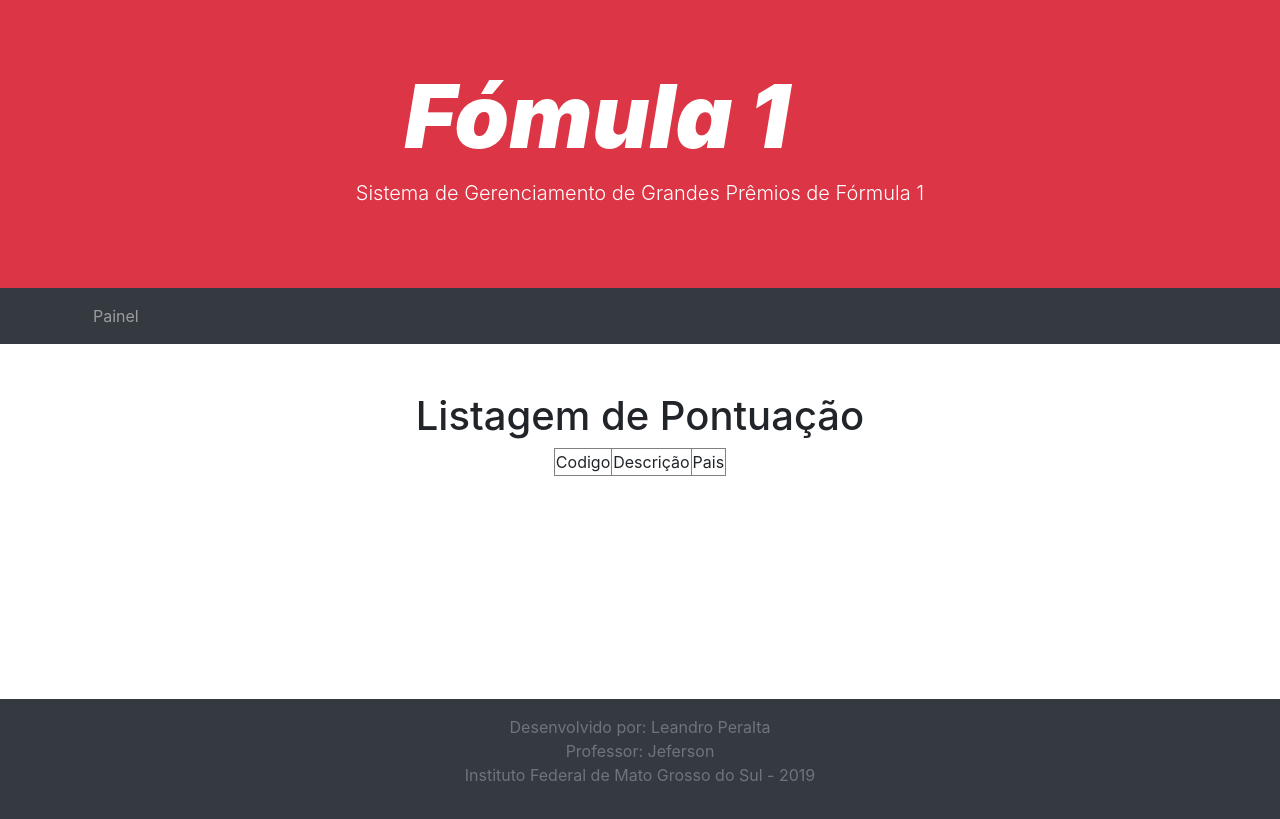
Repository: lperalta13/Formula1_Java
Page: http://localhost/formula1/listaGps.jsp
These files come from the project's save history. The page is drawn as it stood at one moment and after the next save; the edit follows.
The browser window is 1280 px wide. The pictures show the whole page.
The page is served by Tomcat 9. The template is opened directly, without the code that normally fills it, so the values that code supplies are empty.

Above is the page before, as saved 2019-12-11 21:48:30.

After the next save:
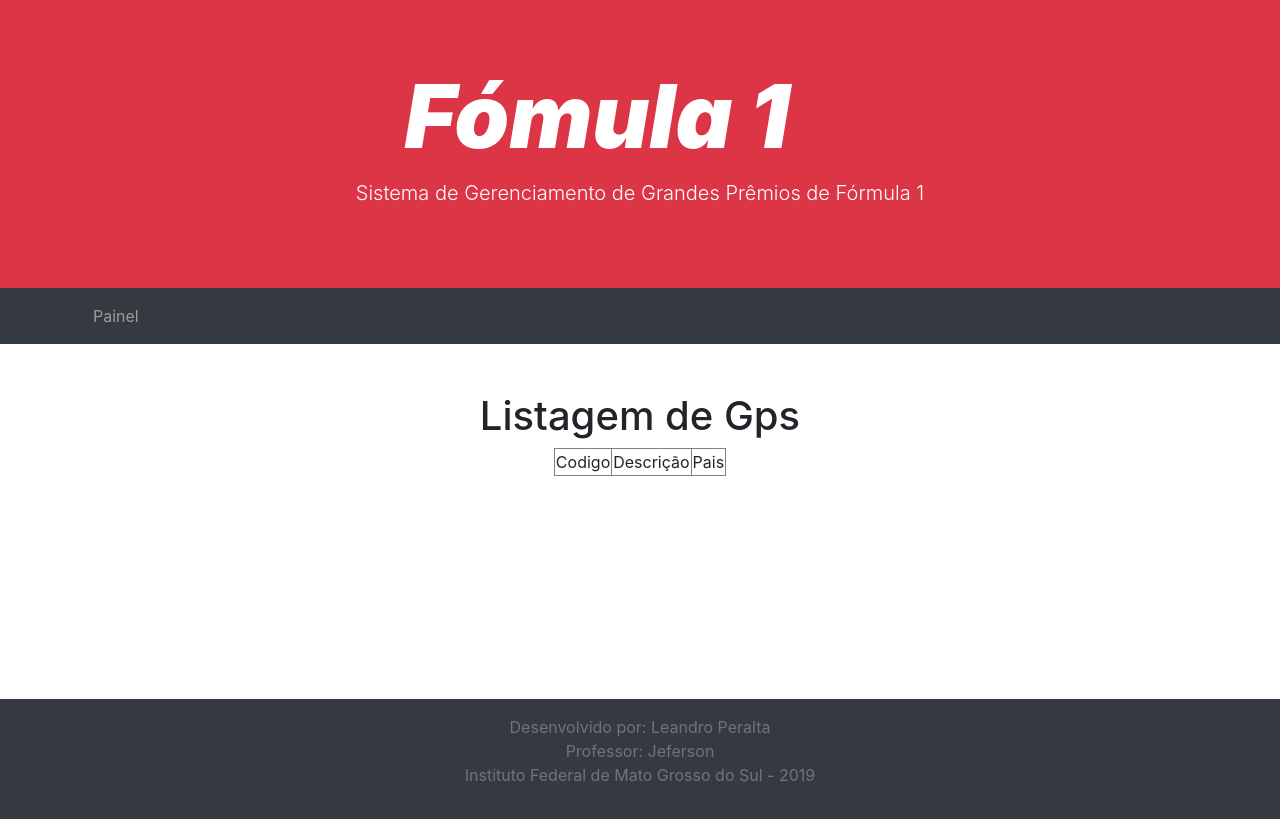
Saved 54 s later.
--- a/formula1/WebContent/listaGps.jsp
+++ b/formula1/WebContent/listaGps.jsp
@@ -47,7 +47,7 @@
 <div class="container" align="center">
 	<div class="row mt-5">
 		<div class="col-md-12">
-			<h1>Listagem de Pontuação</h1>
+			<h1>Listagem de Gps</h1>
 	<table border="1">
 		<tr>
 			<td>Codigo</td>
